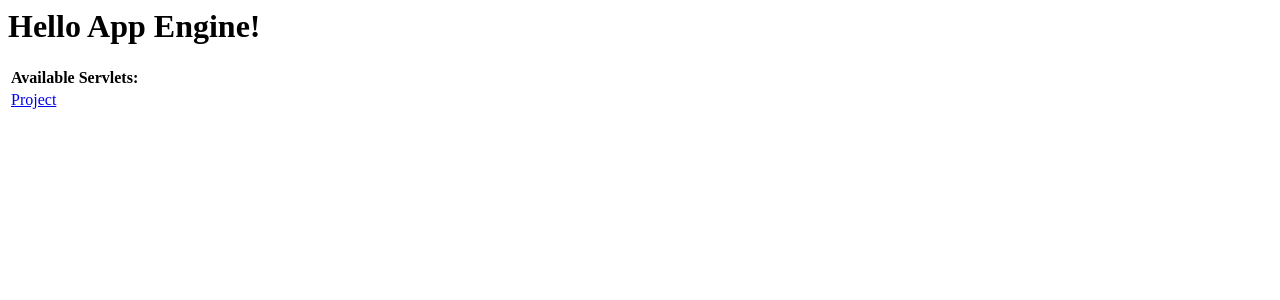
Repository: TharanyaM/Adaptavant--project
Page: Project/war/index.html
An editor plug-in stored every save of this project. The page is shown before and after the next save, followed by the edit.
The browser window is 1280 px wide. The pictures show the whole page.

Above is the page before, as saved 2015-10-23 15:19:12.

After the next save:
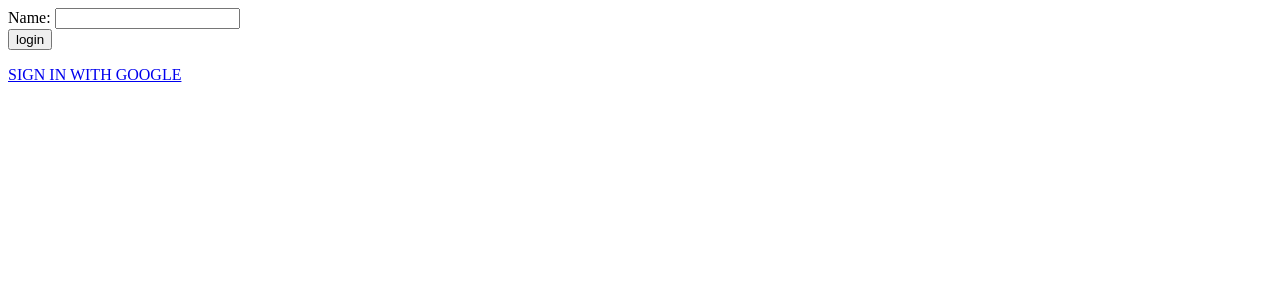
Saved 24 min 27 s later.
--- a/Project/war/index.html
+++ b/Project/war/index.html
@@ -13,15 +13,13 @@
   </head>
 
   <body>
-    <h1>Hello App Engine!</h1>
+   <body>
+	<form action="data" method="get">
+		Name: <input name="name" type="text"> <br>
 
-    <table>
-      <tr>
-        <td colspan="2" style="font-weight:bold;">Available Servlets:</td>
-      </tr>
-      <tr>
-        <td><a href="project">Project</a></td>
-      </tr>
-    </table>
+		 <input type="submit" value="login">
+	</form>
+	<a href="ex.jsp">SIGN IN WITH GOOGLE</a>
+</body>
   </body>
 </html>
